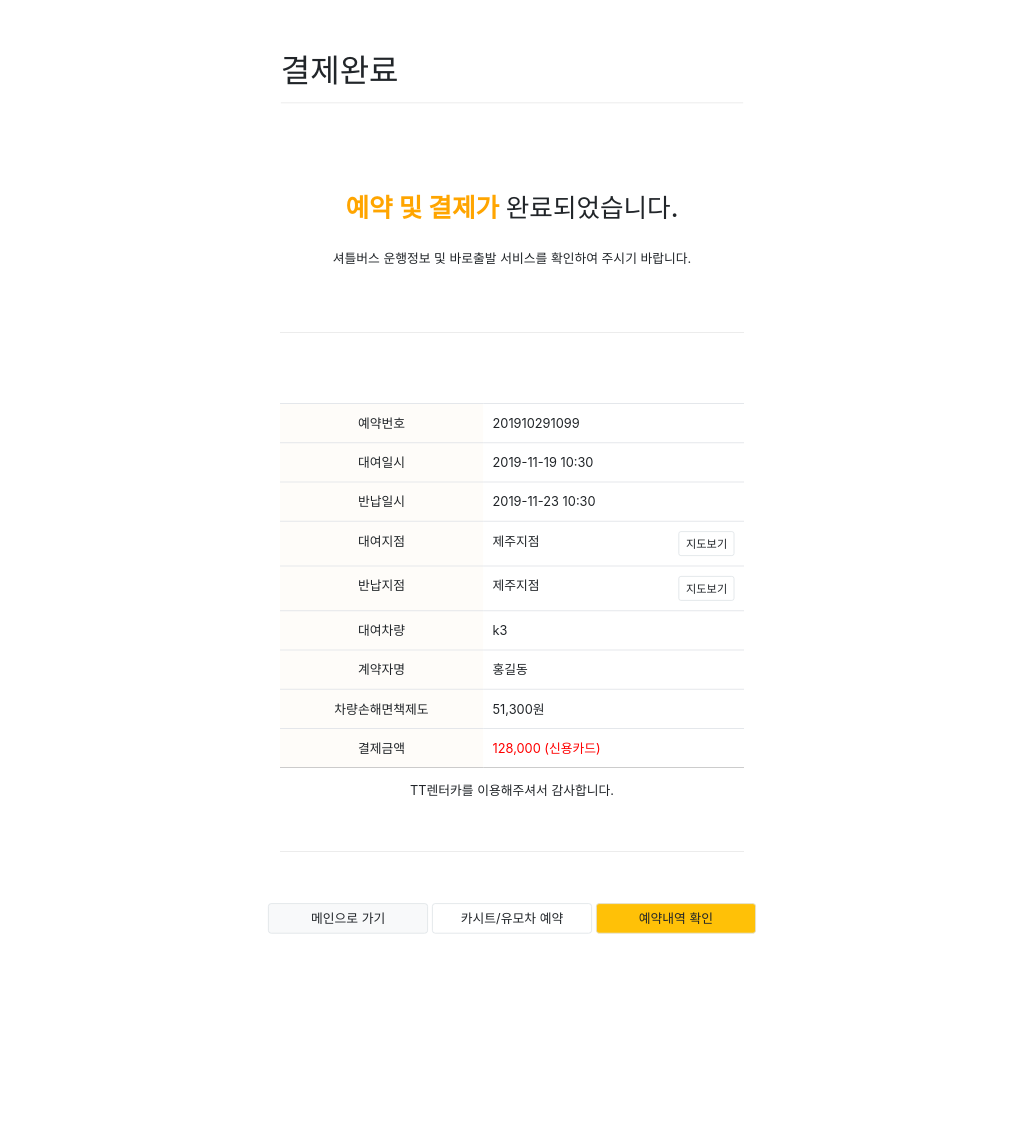
Repository: hyebinkim00/Project
Page: http://localhost/jsp/long_lent_oldcar/shortTerm_payment_completed.jsp
These files come from the project's save history. The page is drawn as it stood at one moment and after the next save; the edit follows.
The browser window is 1280 px wide. The pictures show the whole page, at 80% of full size.
The page is served by Tomcat 9. Other server files are loaded and not shown.

Above is the page before, as saved 2020-09-16 03:28:47.

### jsp/WebContent/long_lent_oldcar/shortTerm_payment_completed.jsp
<%@ page language="java" contentType="text/html; charset=UTF-8"
    pageEncoding="UTF-8"%>
<!DOCTYPE html>
<html>
<head>
<meta charset="UTF-8">
<title>결제완료 창</title>
  <link rel="stylesheet" href="https://maxcdn.bootstrapcdn.com/bootstrap/4.5.2/css/bootstrap.min.css">
  <script src="https://ajax.googleapis.com/ajax/libs/jquery/3.5.1/jquery.min.js"></script>
  <script src="https://cdnjs.cloudflare.com/ajax/libs/popper.js/1.16.0/umd/popper.min.js"></script>
  <script src="https://maxcdn.bootstrapcdn.com/bootstrap/4.5.2/js/bootstrap.min.js"></script>
  <style>
  	#th_title{background-color: #FEFCF9; text-align: center;}
  </style>
</head>
<body>

<!-- 단기렌트 제목틀-->
<div class="jumbotron bg-white">
  <div class="container col-sm-6">
  <h1>결제완료</h1>
  <hr>
  </div>
</div>
<div class="container col-sm-6">
	<div class="container" align="center">
		<h2><b style="color: orange;">예약 및 결제가</b><span>&nbsp;완료되었습니다.</span></h2><br>
		<p>셔틀버스 운행정보 및 바로출발 서비스를 확인하여 주시기 바랍니다.</p>
	<br>
	<br>
	<hr>
	</div>

	<div class="container">
	<br>
	<br>
	<br>
	<table class="table table-hover">
    <tbody>
      <tr>
        <td id="th_title">예약번호</td>
        <td>201910291099</td>
      </tr>
      <tr>
        <td id="th_title">대여일시</td>
        <td>2019-11-19 10:30</td>
      </tr>
      <tr>
        <td id="th_title">반납일시</td>
        <td>2019-11-23 10:30</td>
      </tr>
      <tr>
        <td id="th_title">대여지점</td>
       	 <td>
       	 	<div class="row">
  			<div class="col">제주지점</div>
  			<div class="col"><button class="btn btn-sm border float-right">지도보기</button></div>
       	 	</div>
       	 </td>
      </tr>
      <tr>
        <td id="th_title">반납지점</td>
        <td>
			<div class="row">
  			<div class="col">제주지점</div>
  			<div class="col"><button class="btn btn-sm border float-right">지도보기</button></div>
       	 	</div>
		</td>
      </tr>
      <tr>
        <td id="th_title">대여차량</td>
        <td>k3</td>
      </tr>
      <tr>
        <td id="th_title">계약자명</td>
        <td>홍길동</td>
      </tr>
      <tr>
        <td id="th_title">차량손해면책제도</td>
        <td>51,300원</td>
      </tr>
      <tr>
        <td id="th_title" style="border-bottom: 1px solid silver;">결제금액</td>
        <td style="color: red;border-bottom: 1px solid silver;">128,000&nbsp;(신용카드)</td>
      </tr>
    </tbody>
  </table>
  <div class="text-center">TT렌터카를 이용해주셔서 감사합니다.</div>
  <br>
  <br>
  <hr>
  <br>
  <br>
  <div class="row" align="center">
  <div class="col-sm-12" align="center">
  <div class="row" align="center">
  	<button class="col btn  border btn-light">메인으로 가기</button>&nbsp;
  	<button class="col btn  border bg-default" onclick="location.href='http://www.jeju-i.com/'">카시트/유모차 예약</button>&nbsp;
  	<button class="col btn  border bg-warning" onclick="location.href='../shortTerm/shortTerm_history.jsp'">예약내역 확인</button>
  </div>
  </div>
  </div>
  </div><!-- table container -->
</div>
<br>
<br>
<br>
<br>
<br>
<br>
<br>
<br>
<br>
<br>
<br>
</body>
</html>

After the next save:
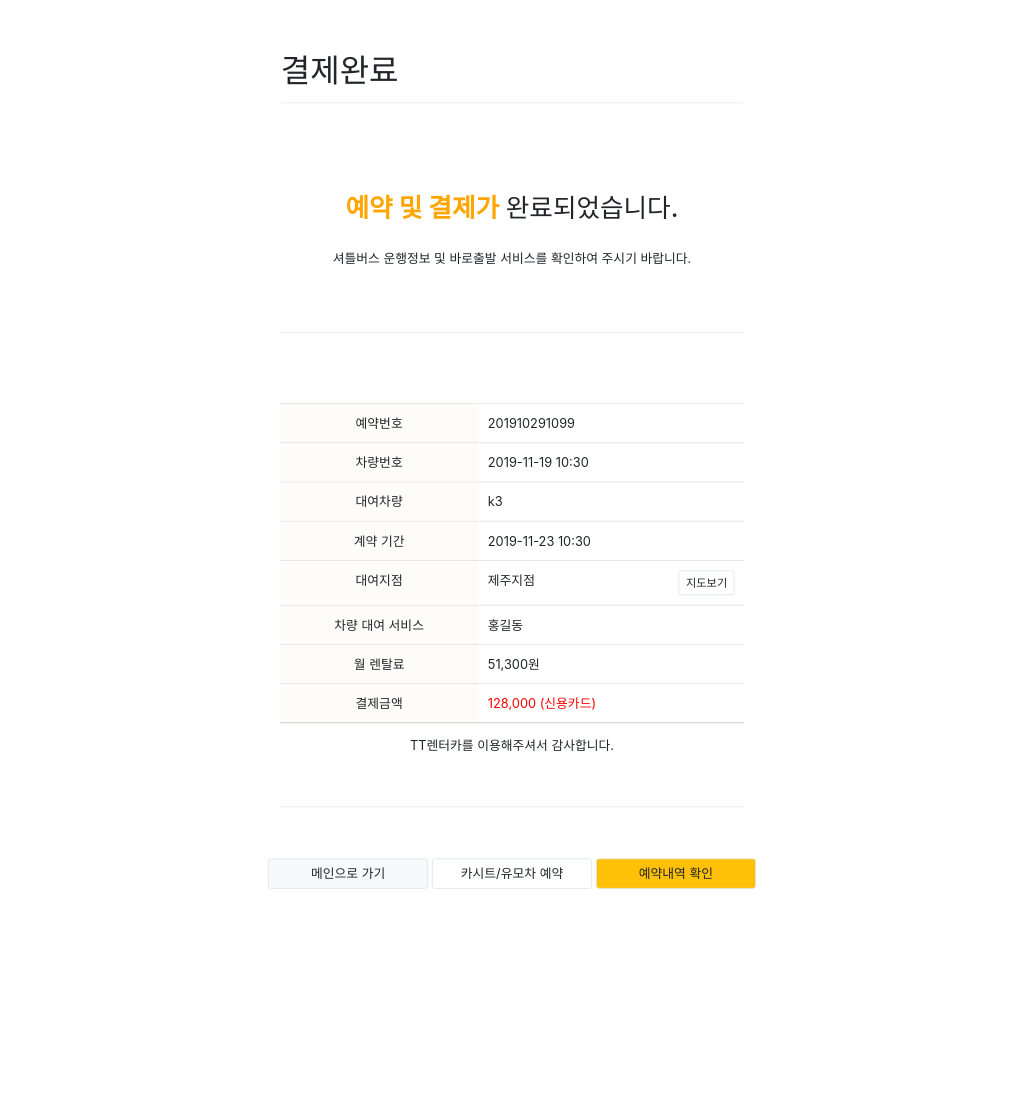
Saved 18 min 12 s later.
--- a/jsp/WebContent/long_lent_oldcar/shortTerm_payment_completed.jsp
+++ b/jsp/WebContent/long_lent_oldcar/shortTerm_payment_completed.jsp
@@ -1,5 +1,20 @@
+<%@page import="java.net.URLEncoder"%>
 <%@ page language="java" contentType="text/html; charset=UTF-8"
     pageEncoding="UTF-8"%>
+<%@taglib prefix="c" uri="http://java.sun.com/jsp/jstl/core" %>
+<%@taglib prefix="sql" uri="http://java.sun.com/jsp/jstl/sql"  %>
+
+<%request.setCharacterEncoding("utf-8");
+String id =request.getParameter("car");
+String price =request.getParameter("mprice");
+String lent1 =request.getParameter("cntrTermMm1");
+String lent2 =request.getParameter("cntrTermMm2");
+String lent3 =request.getParameter("cntrTermMm3");
+String lent4 =request.getParameter("cntrTermMm4");
+
+%>
+
+
 <!DOCTYPE html>
 <html>
 <head>
@@ -42,11 +57,15 @@
         <td>201910291099</td>
       </tr>
       <tr>
-        <td id="th_title">대여일시</td>
+        <td id="th_title">차량번호</td>
         <td>2019-11-19 10:30</td>
       </tr>
       <tr>
-        <td id="th_title">반납일시</td>
+        <td id="th_title">대여차량</td>
+        <td>k3</td>
+      </tr>
+      <tr>
+        <td id="th_title">계약 기간</td>
         <td>2019-11-23 10:30</td>
       </tr>
       <tr>
@@ -59,24 +78,11 @@
        	 </td>
       </tr>
       <tr>
-        <td id="th_title">반납지점</td>
-        <td>
-			<div class="row">
-  			<div class="col">제주지점</div>
-  			<div class="col"><button class="btn btn-sm border float-right">지도보기</button></div>
-       	 	</div>
-		</td>
-      </tr>
-      <tr>
-        <td id="th_title">대여차량</td>
-        <td>k3</td>
-      </tr>
-      <tr>
-        <td id="th_title">계약자명</td>
+        <td id="th_title">차량 대여 서비스</td>
         <td>홍길동</td>
       </tr>
       <tr>
-        <td id="th_title">차량손해면책제도</td>
+        <td id="th_title">월 렌탈료</td>
         <td>51,300원</td>
       </tr>
       <tr>
